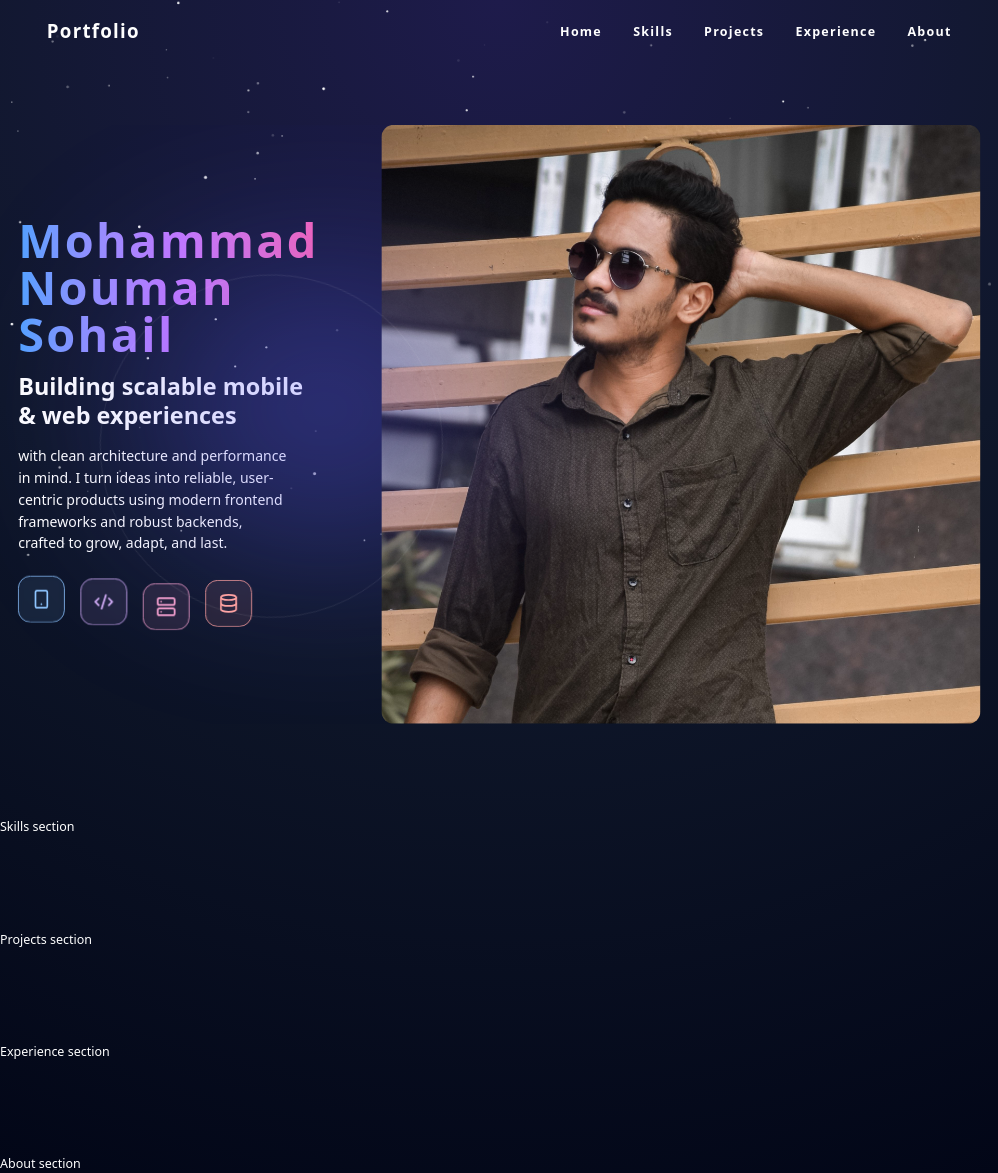
Repository: NoumanSohail/Nouman-Sohail-Portfolio
Page: /
These files come from the project's save history. The page is drawn as it stood at one moment and after the next save; the edit follows.
The browser window is 1280 px wide. The pictures show the whole page, at 78% of full size.
The project was rebuilt for these pictures with package versions that can differ from the ones it lists, and the page was loaded fresh each time. The framework's server and built-in components were replaced by stand-ins that run in the browser. Also part of the build but not shown: next.config.ts.

Above is the page before, as saved 2026-01-24 19:56:28.

After the next save:
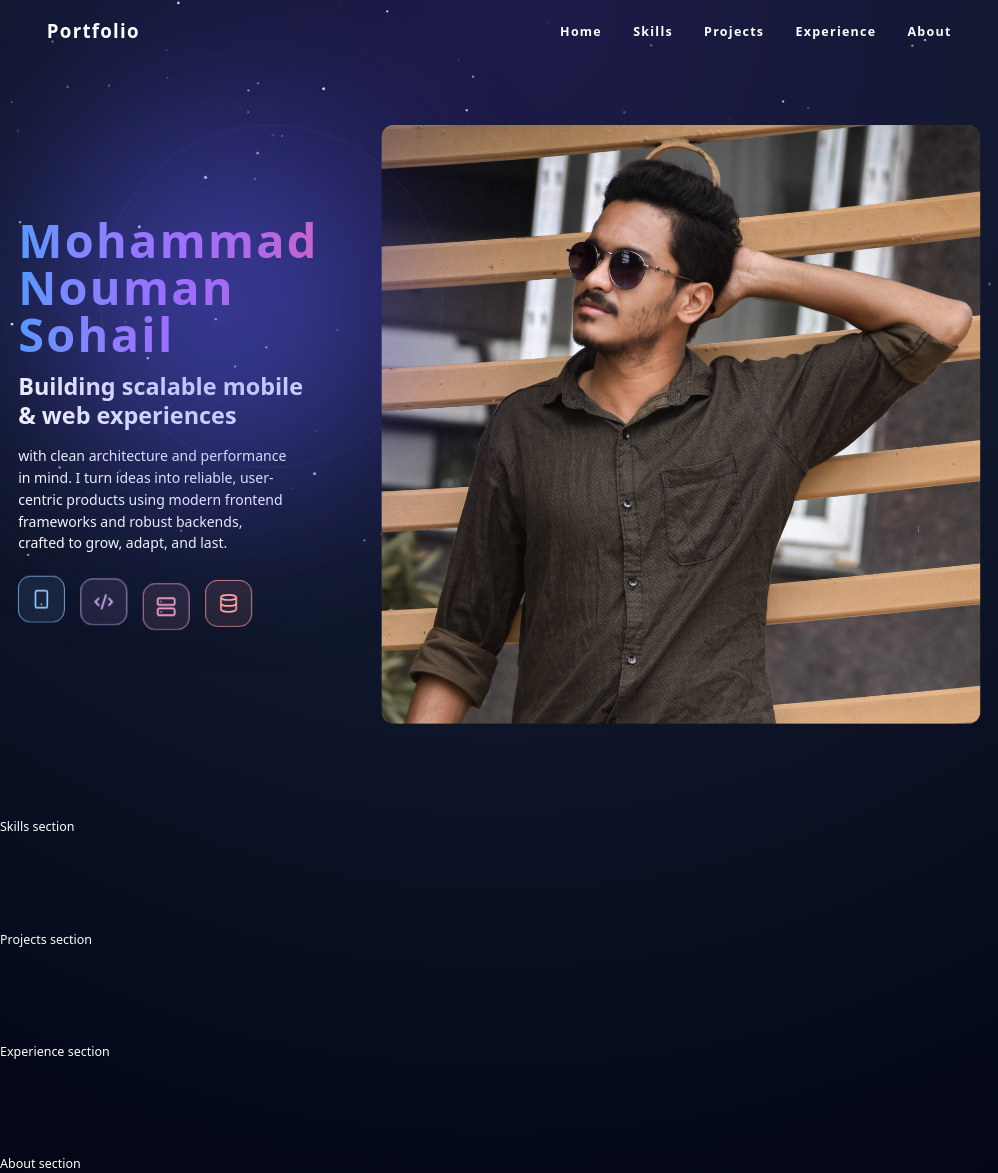
Saved 59 s later.
--- a/app/components/sections/Hero.tsx
+++ b/app/components/sections/Hero.tsx
@@ -7,31 +7,12 @@ const Hero = () => {
   return (
     <section
       id="home"
-      className="relative scroll-mt-40 w-full mx-auto max-w-384 px-5 md:px-10 lg:px-15 text-white mt-30 md:mt-40 z-10 overflow-hidden"
+      className="scroll-mt-40 scroll-smooth w-full mx-auto max-w-384 px-5 md:px-10 lg:px-15 text-white mt-30 md:mt-40 h-fit"
     >
-      <div className="absolute inset-0 pointer-events-none">
-        {/* 🔮 Glowing Orb (UNDER the circle) */}
-        <div
-          className="absolute left-[15%] top-[30%]
-             w-[35%] h-[35%]
-             bg-indigo-500 rounded-full
-             blur-[140px] opacity-40
-             animate-pulse
-             [animation-delay:600ms]
-             [animation-duration:2s]
-             z-0"
-        />
-
-        {/* 🌀 Orbiting Circle (ON TOP) */}
-        <div
-          className="absolute left-[10%] top-[25%]
-             w-50 h-50 md:w-110 md:h-110
-             border border-white/10 rounded-full
-             animate-spin
-             [animation-duration:20s]
-             z-10"
-        />
-      </div>
+      {/* Central Glowing Orb */}
+      <div className="absolute w-[35%] h-[35%] bg-indigo-500 rounded-full blur-[120px] opacity-40 animate-pulse [animation-delay:600ms]" />
+      {/* Orbiting Elements */}
+      <div className="absolute left-[10%] w-50 h-50 md:w-110 md:h-110 border border-white/5 rounded-full animate-spin [animation-duration:20s]" />
 
       <div className="flex flex-col lg:flex-row items-center justify-center gap-7 lg:gap-20 text-center lg:text-start">
         <div className="flex flex-col gap-5">
